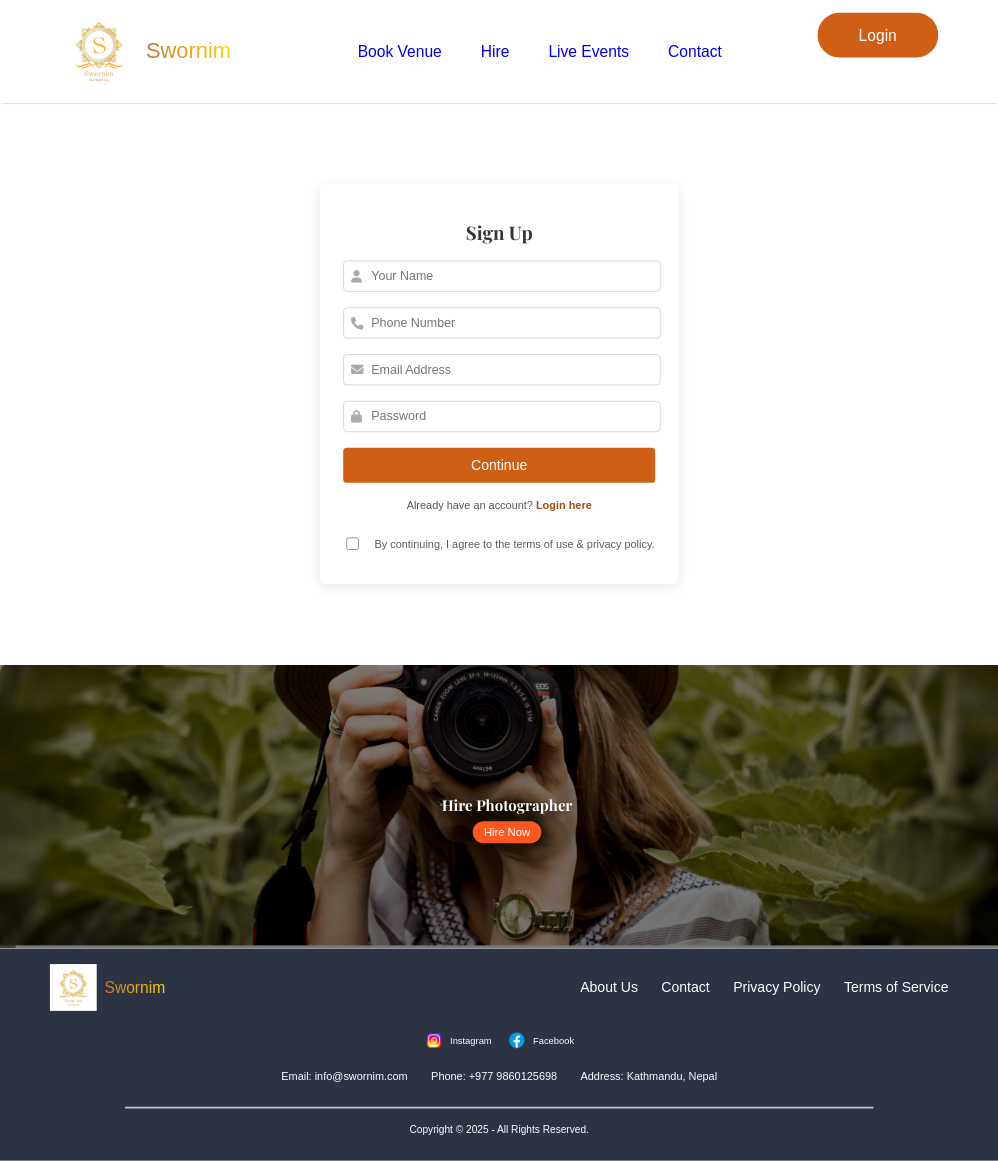
Repository: leonischu/Swornim
Page: /login (app in frontend/)
These files come from the project's save history. The page is drawn as it stood at one moment and after the next save; the edit follows.
The browser window is 1280 px wide. The pictures show the whole page, at 78% of full size.
Pictures or frames that could not be fetched are drawn as grey boxes. The project was rebuilt for these pictures with package versions that can differ from the ones it lists, and the page was loaded fresh each time. Also part of the build but not shown: frontend/src/App.css, frontend/src/Pages/Book.jsx, frontend/src/Pages/Contact.jsx.

Above is the page before, as saved 2025-06-01 18:57:03.

### frontend/public/index.html
<!DOCTYPE html>
<html lang="en">
  <head>
    <meta charset="utf-8" />
    <link rel="icon" href="%PUBLIC_URL%/favicon.ico" />
    <meta name="viewport" content="width=device-width, initial-scale=1" />
    <meta name="theme-color" content="#000000" />
    <meta
      name="description"
      content="Web site created using create-react-app"
    />
    <link rel="apple-touch-icon" href="%PUBLIC_URL%/logo192.png" />
    <!--
      manifest.json provides metadata used when your web app is installed on a
      user's mobile device or desktop. See https://developers.google.com/web/fundamentals/web-app-manifest/
    -->
    <link rel="manifest" href="%PUBLIC_URL%/manifest.json" />
    <link href="https://fonts.googleapis.com/css2?family=Lato:wght@400;600&family=Playfair+Display:wght@400;600;700&display=swap" rel="stylesheet">
    <link rel="stylesheet" href="https://cdnjs.cloudflare.com/ajax/libs/font-awesome/6.0.0-beta3/css/all.min.css"/>

    <!--
      Notice the use of %PUBLIC_URL% in the tags above.
      It will be replaced with the URL of the `public` folder during the build.
      Only files inside the `public` folder can be referenced from the HTML.

      Unlike "/favicon.ico" or "favicon.ico", "%PUBLIC_URL%/favicon.ico" will
      work correctly both with client-side routing and a non-root public URL.
      Learn how to configure a non-root public URL by running `npm run build`.
    -->
    <title>Swornim</title>
  </head>
  <body>
    <noscript>You need to enable JavaScript to run this app.</noscript>
    <div id="root"></div>
    <!--
      This HTML file is a template.
      If you open it directly in the browser, you will see an empty page.

      You can add webfonts, meta tags, or analytics to this file.
      The build step will place the bundled scripts into the <body> tag.

      To begin the development, run `npm start` or `yarn start`.
      To create a production bundle, use `npm run build` or `yarn build`.
    -->
  </body>
</html>

### frontend/src/index.css
body {
  margin: 0;
  font-family: -apple-system, BlinkMacSystemFont, 'Segoe UI', 'Roboto', 'Oxygen',
    'Ubuntu', 'Cantarell', 'Fira Sans', 'Droid Sans', 'Helvetica Neue',
    sans-serif;
  -webkit-font-smoothing: antialiased;
  -moz-osx-font-smoothing: grayscale;
  font-family: 'Lato', sans-serif ;
  color: rgb(29, 29, 29);
}
h1, h2, h3, h4, h5, h6 {
  font-family: 'Playfair Display', serif;
  color: rgb(23, 23, 23); /* Default heading color */
  font-weight: bold;
}
.body-medium {
  font-family: 'Lato', sans-serif;
  font-size: 16px;
  color: rgb(29, 29, 29);
}
.title-medium {
  font-family: 'Playfair Display', serif;
  font-size: 20px;
  font-weight: bold;
  color: rgb(23, 23, 23);
}
.headline-small {
  font-family: 'Playfair Display', serif;
  font-size: 24px;
  font-weight: bold;
  color: white; /* White for headings like "Book Venue" */
}

code {
  font-family: source-code-pro, Menlo, Monaco, Consolas, 'Courier New',
    monospace;
}

### frontend/src/App.js

import './App.css';
import { Navbar } from './Components/Navbar/Navbar';
import { BrowserRouter, Routes, Route } from 'react-router-dom';
import { Book } from './Pages/Book';
import { Contact } from './Pages/Contact';
import { LoginSignup } from './Pages/LoginSignup';
import { Footer} from './Components/Footer/Footer';
import Carousel from './Components/Carousel/Carousel';
function App() {
  return (
    <div>
      <BrowserRouter>
      <Navbar/>
       <Routes>
          <Route path='/' element={<Book/>}/>
          <Route path='/contact' element={<Contact/>}/>

          <Route path='/login' element={<LoginSignup/>}/>
          </Routes>
          <Carousel/>
         <Footer/>
      </BrowserRouter>
    </div>
  );
}

export default App;

### frontend/src/Components/Navbar/Navbar.jsx
import React, { useState } from 'react'
import './Navbar.css'

import logo from '../Assets/logo.jpg'
import { Link } from 'react-router-dom';
export const Navbar = () => {
    const [menu, setMenu] = useState(""); // State for active menu item

  return (
    <div className='navbar'>
      <div className='nav-logo'>
        <img src={logo} alt=""/>
        <p>Swornim</p>
      </div>
      <ul className="nav-menu">
        <li onClick={()=>{setMenu("book venue")}}><Link style={{ textDecoration: 'none' }}to='/'>Book Venue</Link>{menu==="book venue"?<hr/>:<></>}</li>
        <li onClick={()=>{setMenu("hire")}}><Link style={{ textDecoration: 'none' }}to='/hire'> Hire</Link>{menu==="hire"?<hr/>:<></>}</li>
        <li onClick={()=>{setMenu("live events")}}><Link style={{ textDecoration: 'none' }} to='/liveevents'>Live Events</Link>{menu==="live events"?<hr/>:<></>}</li>
        <li onClick={()=>{setMenu("contact")}}><Link style={{ textDecoration: 'none' }}  to='/contact'>Contact</Link >{menu==="contact"?<hr/>:<></>}</li>
      </ul>
      <div className='nav-login-cart'>
        <Link to='/login'><button>Login</button></Link>

      </div>
    </div>
  )
}

### frontend/src/Pages/LoginSignup.jsx
import React, { useState } from "react";
import "./CSS/LoginSignup.css";

export const LoginSignup = () => {
  const [isSignup, setIsSignup] = useState(true); // State to toggle between Login and Signup

  return (
    <div className="loginsignup">
      <div className="loginsignup-container">
        <h1>{isSignup ? "Sign Up" : "Login"}</h1>
        <div className="loginsignup-fields">
          {isSignup ? (
            <>
              <div className="input-container">
                <i className="fas fa-user"></i>
                <input type="text" placeholder="Your Name" />
              </div>
              <div className="input-container">
              <i className="fa fa-phone"></i>
              <input type="text" placeholder="Phone Number" />
             </div>
              <div className="input-container">
                <i className="fas fa-envelope"></i>
                <input type="email" placeholder="Email Address" />
              </div>
              <div className="input-container">
                <i className="fas fa-lock"></i>
                <input type="password" placeholder="Password" />
              </div>
            </>
          ) : (
            <>
              <div className="input-container">
                <i className="fas fa-envelope"></i>
                <input type="email" placeholder="Email Address" />
              </div>
              <div className="input-container">
                <i className="fas fa-lock"></i>
                <input type="password" placeholder="Password" />
              </div>

            </>
          )}
        </div>
        <button>{isSignup ? "Continue" : "Login"}</button>
        <p className="loginsignup-login">
          {isSignup ? (
            <>
              Already have an account?{" "}
              <span onClick={() => setIsSignup(false)}>Login here</span>
            </>
          ) : (
            <>
              Don't have an account?{" "}
              <span onClick={() => setIsSignup(true)}>Sign Up</span>
            </>
          )}
        </p>
        {isSignup && (
          <div className="loginsignup-agree">
            <input type="checkbox" />
            <p>By continuing, I agree to the terms of use & privacy policy.</p>
          </div>
        )}
      </div>
    </div>
  );
};

### frontend/src/Components/Footer/Footer.jsx
import React from 'react'
import './Footer.css'
import footer_logo from '../Assets/logo.jpg'
import instagram_icon from '../Assets/instagram_icon.png'
import facebook_icon from '../Assets/facebook_icon.png'

export const Footer = () => {
  return (
    <div className='footer'>

      {/* Logo and Navigation Links */}
      <div className='footer-top'>
        <div className="footer_logo">
          <img src={footer_logo} alt='logo' />
          <p>Swornim</p>
        </div>

        <ul className='footer-links'>
          <li>About Us</li>
          <li>Contact</li>
          <li>Privacy Policy</li>
          <li>Terms of Service</li>
        </ul>
      </div>

      {/* Social Icons */}
      <div className="footer-social-section">
        <div className="footer-social-icon">
          <a
            href="https://instagram.com"
            target="_blank"
            rel="noopener noreferrer"
            className='footer-icons-container'
          >
            <img src={instagram_icon} alt="Instagram" />
            <span>Instagram</span>
          </a>
          <a
            href="https://facebook.com"
            target="_blank"
            rel="noopener noreferrer"
            className='footer-icons-container'
          >
            <img src={facebook_icon} alt="Facebook" />
            <span>Facebook</span>
          </a>
        </div>
      </div>

      {/* Contact Info */}
      <div className="footer-contact">
        <p>Email: info@swornim.com</p>
        <p>Phone: +977 9860125698 </p>
        <p>Address: Kathmandu, Nepal</p>
      </div>

      {/* Copyright */}
      <div className="footer-copyright">
        <hr />
        <p>Copyright © 2025 - All Rights Reserved.</p>
      </div>

    </div>
  )
}

### frontend/src/Components/Carousel/Carousel.jsx
import React from 'react';
import Slider from "react-slick";
import "slick-carousel/slick/slick.css";
import "slick-carousel/slick/slick-theme.css";
import "./Carousel.css";
const Carousel = () => {
  const settings = {
    dots: true,
    infinite: true,
    speed: 500,
    slidesToShow: 1,
    slidesToScroll: 1,
    autoplay: true,
    autoplaySpeed: 3000,
  };

  const slides = [
    {
      title: "Book Your Event",
      image: require("../Assets/venue.jpg"),
      buttonText: "Book Now",
    },
    {
      title: "Hire Photographer",
      image: require("../Assets/photographer.jpg"),
      buttonText: "Hire Now",
    },
    {
      title: "Hire Makeup Artist",
      image: require("../Assets/makeupartist.jpg"),
      buttonText: "Hire Now",
    },
    {
      title: "Get Into Live Events",
      image: require("../Assets/liveevent.jpg"),
      buttonText: "Explore Now",
    },
  ];

return (
  <div className="carousel-container">
    <Slider {...settings}>
      {slides.map((slide, index) => (
        <div key={index} className="carousel-slide">
          <img
            src={slide.image}
            alt={slide.title}
            className="carousel-image"
          />
          <div className="carousel-overlay">
            <h2 className="carousel-title">{slide.title}</h2>
            <button className="carousel-button">{slide.buttonText}</button>
          </div>
        </div>
      ))}
    </Slider>
  </div>
);
}

export default Carousel;

### frontend/src/Components/Navbar/Navbar.css
.navbar{
    display:flex;
    justify-content: space-around;
    padding: 16px;
    box-shadow: 0 1px 3px -2px black;
}
.nav-logo{
    display: flex;
    align-items: center;
    gap: 10px;
}
.nav-logo p {
    background: linear-gradient(to right, rgba(199, 116, 57, 1), #FFD700);
    -webkit-background-clip: text;
    -webkit-text-fill-color: transparent;
    background-clip: text; /* Optional for broader support */
    font-size: 28px;
    font-weight: 400;
}
.nav-logo img {
    width: 100px; /* Adjust the width of an image/icon */
    height: auto;
}
.nav-menu{
    display: flex;
    align-items: center;
    list-style: none;
    gap: 50px;
    color: black;
    font-size: 20px;
    font-weight: 500;

}
.nav-menu li{
    display: flex;
    flex-direction: column;
    align-items: center;
    justify-content: center;
    gap: 3px;
    cursor: pointer;

}
.nav-menu hr{
    border: none;
    width: 90%;
    height: 3px;
    border-radius: 15px;
    background: rgba(207, 95, 20, 1);

}
.nav-login-cart {
    display: flex; /* Flexbox layout */
    gap: 15px; /* Adjust the gap between buttons */
}
.nav-login-cart button{
    width: 155px;
    height: 58px;
    outline: none;
    border: 1px solid transparent;
    border-radius: 75px;
    background-color: rgba(207, 95, 20, 1);
    color: white;
    font-size: 20px;
    font-weight: 500;
    cursor: pointer;
}
.nav-login-cart button:active{
    background: rgba(44, 51, 66, 1);
}

### frontend/src/Pages/CSS/LoginSignup.css
body, html {
  margin: 0;
  padding: 0;
  box-sizing: border-box;
  font-family: 'Arial', sans-serif;
}

.loginsignup {
  width: 100%;
  height: 100vh;
  display: flex;
  justify-content: center;
  align-items: center;
  background: none; /* No background color */
}

.loginsignup-container {
  width: 400px;
  padding: 30px;
  background: white;
  border-radius: 10px;
  box-shadow: 0 4px 15px rgba(0, 0, 0, 0.1);
  text-align: center;
}

.loginsignup-container h1 {
  margin-bottom: 20px;
  color: #333;
  font-size: 24px;
}

.input-container {
  position: relative;
  margin-bottom: 20px;
}

.input-container i {
  position: absolute;
  top: 50%;
  left: 10px;
  transform: translateY(-50%);
  color: #aaa;
  font-size: 16px;
}

.input-container input {
  width: calc(100% - 40px);
  padding: 10px 10px 10px 35px;
  border: 1px solid #ccc;
  border-radius: 5px;
  font-size: 16px;
  outline: none;
  color: #333;
}

.input-container input:focus {
  border-color: #555;
}

button {
  width: 100%;
  padding: 12px;
  border: none;
  border-radius: 5px;
  background: rgba(207, 95, 20, 1);
  color: white;
  font-size: 18px;
  cursor: pointer;
  transition: background 0.3s ease-in-out;
}

button:hover {
  background: rgba(165, 75, 15, 1);
}

.loginsignup-login {
  margin-top: 20px;
  color: #555;
  font-size: 14px;
}

.loginsignup-login span {
  color: rgba(165, 75, 15, 1);;
  font-weight: bold;
  cursor: pointer;
}

.loginsignup-login span:hover {
  text-decoration: underline;
}

.loginsignup-agree {
  display: flex;
  align-items: center; /* Vertically aligns checkbox and text */
  gap: 10px; /* Space between the checkbox and the text */
  margin-top: 20px;
  font-size: 14px;
  color: #5c5c5c;
}

.loginsignup-agree input {
  margin-right: 10px;
}

.loginsignup-agree input[type='checkbox'] {
  width: 16px; /* Adjust the size of the checkbox */
  height: 16px;
  cursor: pointer; /* Makes the checkbox more interactive */
}

### frontend/src/Components/Footer/Footer.css
.footer {
  display: flex;
  flex-direction: column;
  justify-content: center;
  align-items: center;
  gap: 25px; /* Increased gap for better spacing */
  padding: 20px 0;
  background-color: rgba(44, 51, 66, 1);
  color: white;
  font-family: Arial, sans-serif;
  font-size: 14px;
}

/* Top section with logo and links */
.footer-top {
  display: flex;
  flex-wrap: wrap;
  justify-content: space-between;
  align-items: center;
  width: 90%;
  max-width: 1200px;
}

.footer_logo {
  display: flex;
  align-items: center;
  gap: 10px;
}

.footer_logo img {
  width: 60px;
  height: auto;
}

.footer_logo p {
  background: linear-gradient(to right, rgba(199, 116, 57, 1), #FFD700);
  -webkit-background-clip: text;
  -webkit-text-fill-color: transparent;
  font-size: 20px;
  font-weight: 500;
  margin: 0;
}

.footer-links {
  display: flex;
  list-style: none;
  gap: 30px;
  padding: 0;
  margin: 0;
  font-size: 18px;
  text-align: center;
}

.footer-links li {
  cursor: pointer;
  transition: color 0.3s;

}

.footer-links li:hover {
  color: #ffa500;
}

/* Social Icons Section */
.footer-social-section {
  width: 90%;
  max-width: 1200px;
  text-align: center;
}

.footer-social-icon {
  display: flex;
  justify-content: center;
  gap: 20px;
}

.footer-icons-container {
  display: flex;
  align-items: center;
  gap: 8px;
  text-decoration: none;
  color: white;
  background: none;
  border: none;
  cursor: pointer;
  transition: color 0.3s ease;
}

.footer-icons-container img {
  width: 25px;
  height: 25px;
}

.footer-icons-container span {
  font-size: 12px;
}

.footer-icons-container:hover {
  color: #ff5722;
}

/* Contact Info Section */
.footer-contact {
  display: flex;
  flex-wrap: wrap;
  justify-content: center;
  gap: 30px;
  text-align: center;
  width: 90%;
  max-width: 1200px;
  font-size: 14px;
}

.footer-contact p {
  margin: 0;
}

/* Copyright Section */
.footer-copyright {
  display: flex;
  flex-direction: column;
  align-items: center;
  width: 100%;
  max-width: 1200px;
  color: white;
  font-size: 13px;
  text-align: center;
}

.footer-copyright hr {
  width: 80%;
  border: none;
  border-radius: 10px;
  height: 2px;
  background: #c7c7c7;
}

### frontend/src/Components/Carousel/Carousel.css
/* Carousel container */
.carousel-container {
  width: 100vw;
  margin: 0 auto;
  overflow: hidden;
}

/* Each slide */
.carousel-slide {
  position: relative;
  display: flex;
  justify-content: center;
  align-items: center;
}

/* Image styles */
.carousel-image {
  width: 100vw;
  height: 50vh;    /* Half viewport height */
  object-fit: cover; /* Ensures the image fills the area without distortion */
  border-radius: 0;
  box-shadow: 0px 4px 8px rgba(0, 0, 0, 0.1);
}

/* Overlay styles */
.carousel-overlay {
  position: absolute;
  top: 0;
  left: 0;
  width: 100%;
  height: 100%;
  background: rgba(0, 0, 0, 0.5); /* Slightly darker overlay */
  display: flex;
  flex-direction: column;
  justify-content: center;
  align-items: center;
  border-radius: 10px;
  padding: 10px;
}

/* Title styles */
.carousel-title {
  color: white;
  font-size: 1.2rem; /* Smaller font size for titles */
  font-weight: bold;
  margin-bottom: 8px;
  text-align: center;
}

/* Button styles */
.carousel-button {
  background-color: #ff5722;
  color: white;
  display: inline-block;
  width: auto;
  max-width: 150px;
  padding: 6px 14px; /* Smaller padding for buttons */
  border: none;
  border-radius: 20px;
  font-size: 0.9rem; /* Smaller button font size */
  cursor: pointer;
  box-shadow: 0px 2px 6px rgba(0, 0, 0, 0.2);
  transition: background-color 0.3s ease;
}

.carousel-button:hover {
  background-color: #e64a19;
}

Loaded but not shown: frontend/src/index.js (common file); frontend/src/reportWebVitals.js (common file)

After the next save:
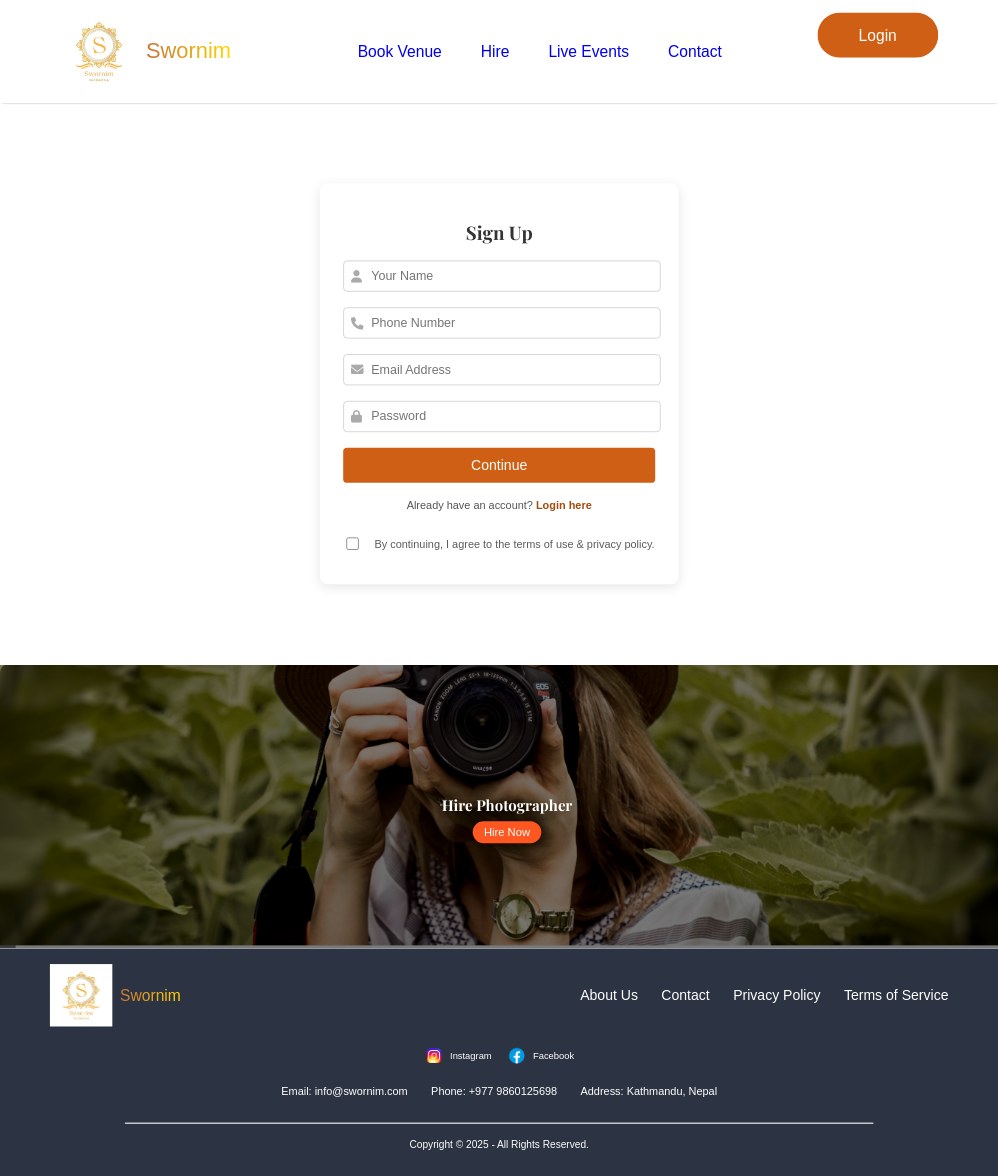
Saved 26 s later.
--- a/frontend/src/Components/Footer/Footer.css
+++ b/frontend/src/Components/Footer/Footer.css
@@ -28,7 +28,7 @@
 }
 
 .footer_logo img {
-  width: 60px;
+  width: 80px;
   height: auto;
 }
 
